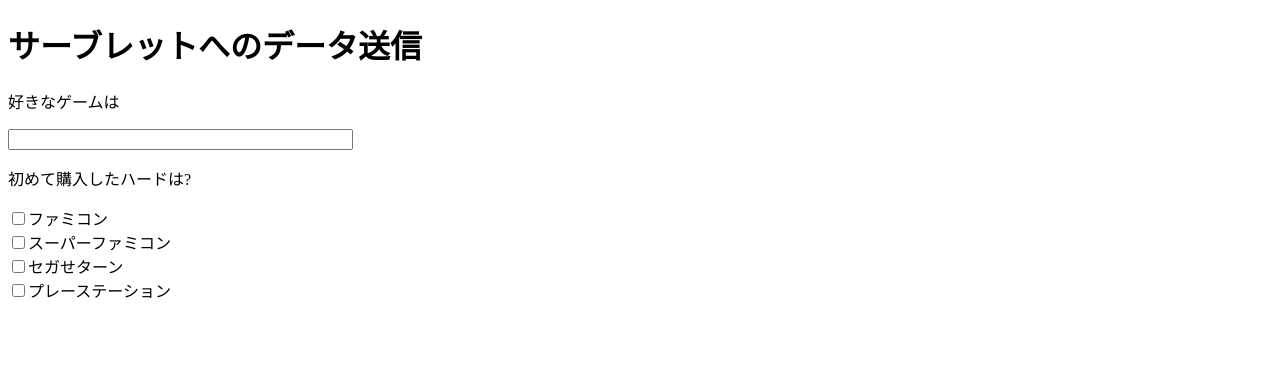
Repository: teamoo24/Java_Servlet_Project
Page: RequestRecvPJ/WebContent/FormSample.html
These files come from the project's save history. The page is drawn as it stood at one moment and after the next save; the edit follows.
The browser window is 1280 px wide. The pictures show the whole page.

Above is the page before, as saved 2019-05-15 13:42:31.

### RequestRecvPJ/WebContent/FormSample.html
<!DOCTYPE html>
<html>
<head>
<meta charset="UTF-8">
<title>サーブレットへのデータ送信</title>
</head>
<body>
<h1>サーブレットへのデータ送信</h1>
<form action="RequestRecv" method="GET">
<p>好きなゲームは</p>
<input type="TEXT" name="GAME" size=40>
<p>初めて購入したハードは?</p>
<input type="checkbox" name="Hard" value="ファミコン">ファミコン<br/>
<input type="checkbox" name="Hard" value="スーパーファミコン">スーパーファミコン<br/>
<input type="checkbox" name="Hard" value="セガせターン">セガせターン<br/>
<input type="checkbox" name="Hard" value="プレーステーション">プレーステーション<br/>
</form>
</body>
</html>

After the next save:
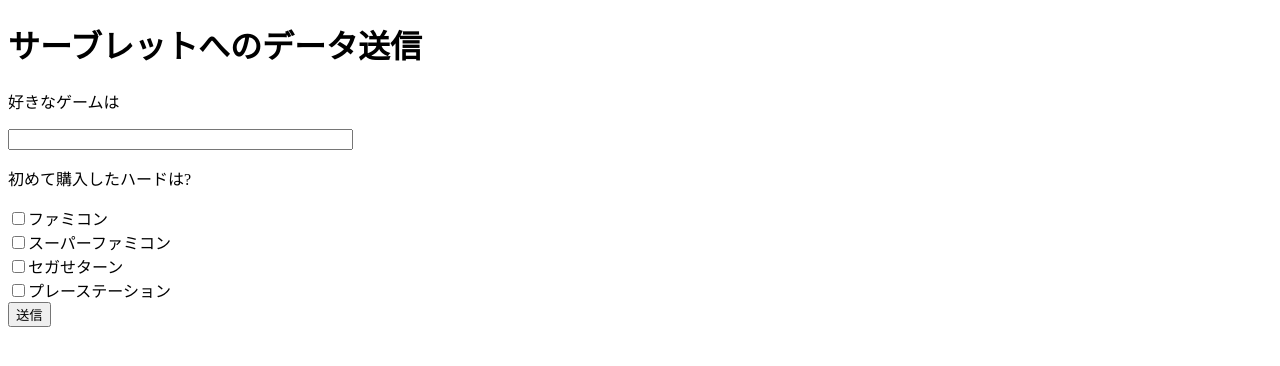
Saved 36 s later.
--- a/RequestRecvPJ/WebContent/FormSample.html
+++ b/RequestRecvPJ/WebContent/FormSample.html
@@ -14,6 +14,7 @@
 <input type="checkbox" name="Hard" value="スーパーファミコン">スーパーファミコン<br/>
 <input type="checkbox" name="Hard" value="セガせターン">セガせターン<br/>
 <input type="checkbox" name="Hard" value="プレーステーション">プレーステーション<br/>
+<input type="submit" value="送信">
 </form>
 </body>
 </html>
